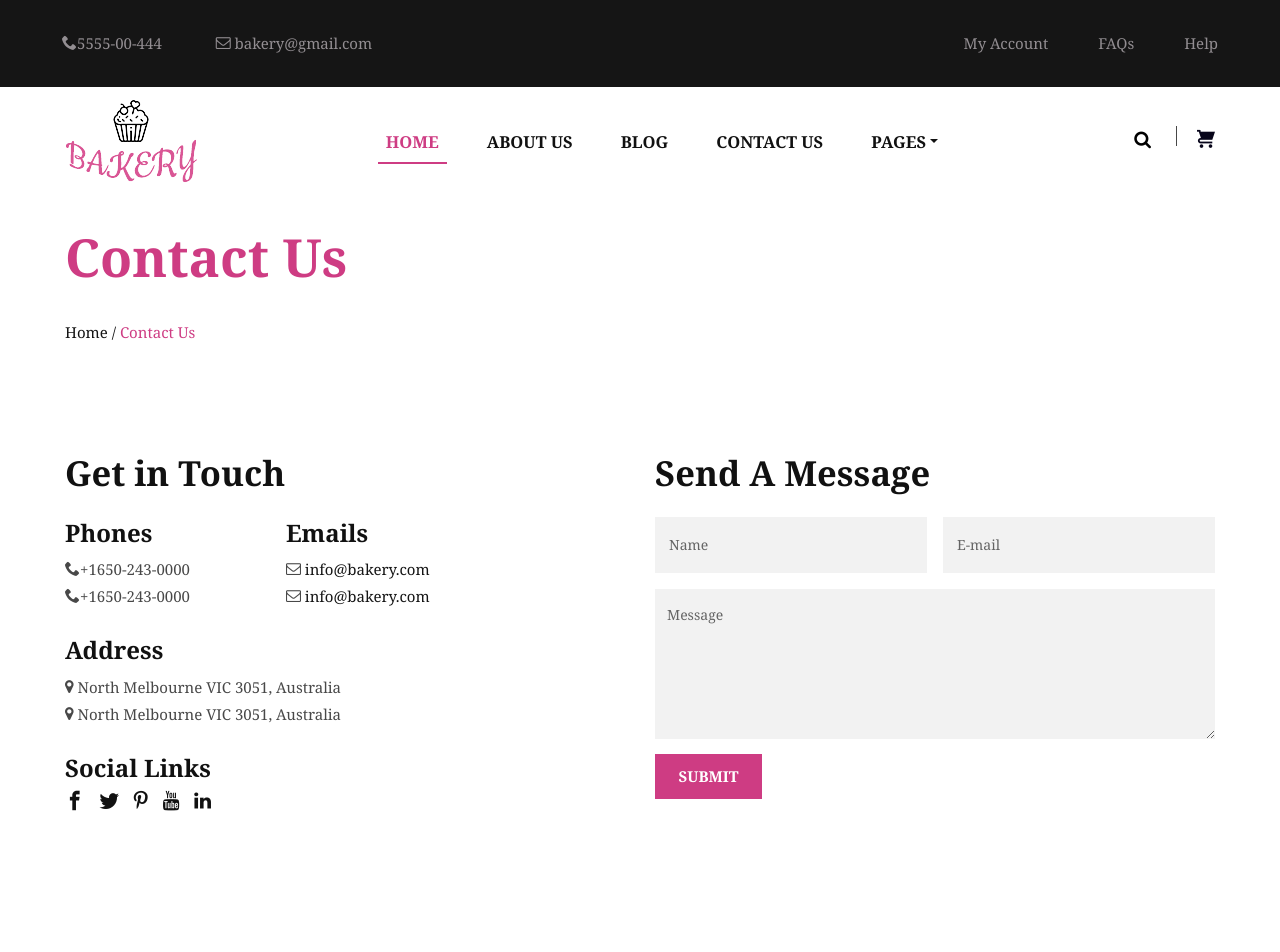
Repository: AlaaBashirSaijary/Barky
Page: http://localhost/contact
An editor plug-in stored every save of this project. The page is shown before and after the next save, followed by the edit.
The browser window is 1280 px wide. The pictures show the part of the page from y = 0 to 952 px (the page is 1926 px tall).
Pictures or frames that could not be fetched are drawn as grey boxes. Some web fonts or font styles are not loaded; a fallback is used. The page is served by the project's Laravel application, run on PHP 8.4 with Laravel 10. Other server files are loaded and not shown.

Above is the page before, as saved 2023-12-25 09:40:48.

### routes/web.php
<?php

use Illuminate\Support\Facades\Route;
use App\Http\Controllers\ProudctController;
use App\Http\Controllers\HomeController;
use App\Http\Controllers\CardController;
use App\Http\Controllers\PagesController;
use App\Http\Controllers\TeamController;
Route::get('/', function () {
    return view('welcome');
});
Route::get('/home', function () {
    return view('home');
});
Route::view('/welcome', 'welcome');

Route::view('/hello', 'home', ['name' => 'Taylor',"id"=>1]);
Route::get('/proudct/{id}', function (string $id) {
    return view('proudct',["id"=>$id]);
});
Route::get('/user/{id}', function (string $id) {
    return 'User '.$id;
});
Route::get('/user/{name?}', function (?string $name = null) {
    return $name;
});

Route::get('/user/{name?}', function (?string $name = 'John') {
    return $name;
});
Route::get('/user/{id}/{name}', function (string $id, string $name) {
    // ...
})->whereNumber('id')->whereAlpha('name');

Route::get('/user/{name}', function (string $name) {
    // ...
})->whereAlphaNumeric('name');

Route::get('/user/{id}', function (string $id) {
    // ...
})->whereUuid('id');
Route::view('/h', 'proudct');
Route::get(
    '/proudct/{name}',
    [ProudctController::class, 'getProudct']
);
Route::get(
    '/proudcts',
    [ProudctController::class, 'getProudcts']
);
Route::get(
    '/card',
    [CardController::class, 'getCard']
);
Route::resource('photos', HomeController::class);

Route::get(
    '/home',
    [PagesController::class, 'getPages1']
)->name("Home");
Route::get(
    '/about',
    [PagesController::class, 'getPages4']
)->name("About");
Route::get(
    '/blog',
    [PagesController::class, 'getPages3']
)->name("Blog");
Route::get(
    '/contact',
    [PagesController::class, 'getPages5']
)->name("Contact");
Route::get(
    '/shop',
    [PagesController::class, 'getPages6']
)->name("Shop");
Route::get(
    '/singlepost',
    [PagesController::class, 'getPages7']
)->name("singlepost");
Route::get(
    '/singleproudct',
    [PagesController::class, 'getPages8']
)->name("singleproudct");
Route::get(
    '/thankyou',
    [PagesController::class, 'getPages2']
)->name("thankyou");
Route::get(
    '/team',
    [TeamController::class, 'grtAllTeam']
);
Route::get(
    '/pro',
    [ProudctController::class, 'gerProudcts']
);
Route::get(
    '/Comment',
    [ProudctController::class, 'getComments']
);
Route::post(
    '/contact',
    [ProudctController::class, 'store']
)->name('contact');

### app/Http/Controllers/PagesController.php
<?php

namespace App\Http\Controllers;

use Illuminate\Http\Request;
use App\Models\Team;
class PagesController extends Controller
{
    //
    public function getPages1(){
        return view("pages.home");
    }
    public function getPages2(){
        return view("pages.thankyou");
    }
    public function getPages3(){
        return view("pages.blog");
    }
    public function getPages4(){
        $teams=Team::get();
        return view("pages.about",["teams"=>$teams]);
    }
    public function getPages5(){
        return view("pages.contact");
    }
    public function getPages6(){
        return view("pages.shop");
    }
    public function getPages7(){
        return view("pages.singlepost");
    }
    public function getPages8(){
        return view("pages.singleproudct");
    }

}

### resources/views/pages/contact.blade.php
@extends("master.app")
@section("content")
{{-- <div class="site-banner"> --}}
	<div class="banner-content">
		<div class="container">
			<div class="row">
				<div class="col-md-12">
					<div class="text-content colored">
						<h1>Contact Us</h1>
						<div class="breadcum-items">
							<span class="item color-primary"><a href={{route("Home")  }}>Home /</a></span>
							<span class="item colored">Contact Us</span>
						</div>
					</div>
				</div>
			</div>
		</div>
	</div>
{{-- </div> --}}
<!--site-banner-->

<section class="contact-information padding-large mt-3">
	<div class="container">
		<div class="row">
				<div class="col-md-6 p-0 mb-3">
					<div class="container">
					<h2>Get in Touch</h2>

				<div class="contact-detail d-flex flex-wrap mt-4">
					<div class="detail mr-6 mb-4">
						<h3>Phones</h3>
						<ul class="list-unstyled">
							<li><i class="icon icon-phone"></i>+1650-243-0000</li>
							<li><i class="icon icon-phone"></i>+1650-243-0000</li>
						</ul>
					</div><!--detail-->
					<div class="detail mb-4">
						<h3>Emails</h3>
						<ul class="list-unstyled">
							<li><i class="icon icon-envelope-o"></i>
								<a href="mailto:info@bakery.com">info@bakery.com</a></li>
							<li><i class="icon icon-envelope-o"></i>
								<a href="mailto:info@bakery.com">info@bakery.com</a></li>
						</ul>
					</div><!--detail-->
					<div class="address detail mb-4">
						<h3>Address</h3>
						<ul class="list-unstyled">
							<li><i class="icon icon-map-marker"></i>
								North Melbourne VIC 3051, Australia</li>
							<li><i class="icon icon-map-marker"></i>
								North Melbourne VIC 3051, Australia</li>
						</ul>
					</div><!--detail-->
					<div class="detail mb-4">
						<h3>Social Links</h3>
						<div class="social-links flex-container">
							<a href="#" class="icon icon-facebook"></a>
							<a href="#" class="icon icon-twitter"></a>
							<a href="#" class="icon icon-pinterest-p"></a>
							<a href="#" class="icon icon-youtube"></a>
							<a href="#" class="icon icon-linkedin"></a>
						</div><!--social-links-->
					</div><!--detail-->

				</div><!--contact-detail-->
				</div>
			</div><!--col-md-6-->

			<div class="col-md-6 p-0">
				<div class="container">
					<div class="row">
						<div class="contact-information col-md-12">
						<h2>Send A Message</h2>
							<form  action="{{ route('contact') }}" method="post" class="contact-form d-flex flex-wrap mt-4">

								<div class="text-input flex-container">
								<input type="text" name="name" placeholder="Name" class="name mr-3 mb-3">
								<input type="text" name="email" placeholder="E-mail" class="mb-3">
								</div><!--text-input-->
								<textarea name="message" placeholder="Message" style="height: 150px;"></textarea>
								<button type="submit" name="submit">Submit</button>
							</form>
						</div><!--contact-information-->
					</div>
				</div>
			</div><!--col-md-6-->

		</div>
	</div>
</section>

<section class="google-map">
	<div class="mapouter"><div class="gmap_canvas"><iframe width="100%" height="500" id="gmap_canvas" src="https://maps.google.com/maps?q=2880%20Broadway,%20New%20York&t=&z=13&ie=UTF8&iwloc=&output=embed" frameborder="0" scrolling="no" marginheight="0" marginwidth="0"></iframe><a href="https://getasearch.com/fmovies"></a><br><style>.mapouter{position:relative;text-align:right;height:500px;width:100%;}</style><a href="https://www.embedgooglemap.net">embedgooglemap.net</a><style>.gmap_canvas {overflow:hidden;background:none!important;height:500px;width:100%;}</style></div></div>
</section>

@endsection

### resources/views/master/app.blade.php
<!DOCTYPE html>
	<html>
	<head>
		<title>Bakery</title>
		<meta charset="utf-8">
	    <meta http-equiv="X-UA-Compatible" content="IE=edge">
	    <meta name="viewport" content="width=device-width, initial-scale=1.0">
	    <meta name="format-detection" content="telephone=no">
	    <meta name="apple-mobile-web-app-capable" content="yes">
	    <meta name="author" content="">
	    <meta name="keywords" content="">
	    <meta name="description" content="">
	    <link rel="stylesheet" type="text/css" href='{{ asset("fonts/icomoon/icomoon.css") }}'>
	    <link rel="stylesheet" type="text/css" href='{{ asset("css/slick.css") }}'>
		<link rel="stylesheet" type="text/css" href='{{ asset("css/slick-theme.css") }}'>
		<link rel="stylesheet" type="text/css" href='{{ asset("css/magnific-popup.css") }}'>

        <link rel="preconnect" href="https://fonts.googleapis.com">
		<link rel="preconnect" href="https://fonts.gstatic.com" crossorigin>

		<link href="https://fonts.googleapis.com/css2?family=Merriweather:ital,wght@0,400;0,700;1,400;1,700&display=swap" rel="stylesheet">

		<link rel="stylesheet" type="text/css" href='{{ asset("css/bootstrap.min.css") }}'>
	    <link rel="stylesheet" type="text/css" href='{{ asset("css/style.css") }}'>

	</head>

<body>


@include("master.header")
@yield("content")
@include("master.footer")


	<script src='{{ asset("js/jquery-1.11.0.min.js") }}'></script>
	<script type="text/javascript" src='{{ asset("js/bootstrap.bundle.min.js") }}'></script>
	<script type="text/javascript" src='{{ asset("js/slick.min.js") }}'></script>
	<script type="text/javascript" src='{{ asset("js/jquery.magnific-popup.min.js") }}'></script>
	<script type="text/javascript" src='{{ asset("js/script.js") }}'></script>

</body>
</html>

### resources/views/master/header.blade.php

<div id="main-wrapper" class="overflow-hidden">
	<div id="header-wrap">
	<div class="header-top-menu bg-black color-secondary">
		<div class="container">
			<div class="row">
				<div class="wrap flex-container padding-small">
				<div class="contact-block">
					<span class="pr-50"><i class="icon icon-phone"></i>5555-00-444</span>
					<span class="color-secondary"><i class="icon icon-envelope-o"></i><a href="#"> bakery@gmail.com</a></span>
				</div>

				<div class="header-top-right">
					<ul class="list-unstyled d-flex color-secondary">
						<li class="pr-50"><a href="#">My Account</a></li>
						<li class="pr-50"><a href="#">FAQs</a></li>
						<li><a href="#">Help</a></li>
					</ul>
				</div>
				</div><!--flex-container-->
			</div>
		</div>
	</div><!----top-menu---->

	<header id="header">
		<div class="container">
			<div class="row">

				<nav class="navbar navbar-expand-lg col-md-12">

					<div class="navbar-brand">
						<a href={{ route("Home") }}>
							<img src={{ asset("images/main-logo.png") }} alt="logo">
						</a>
					</div>

					<button class="navbar-toggler collapsed" type="button" data-toggle="collapse" data-target="#slide-navbar-collapse" aria-controls="slide-navbar-collapse" aria-expanded="false" aria-label="Toggle navigation">
						<span class="navbar-toggler-icon"><i class="icon icon-navicon"></i></span>
					</button>

					<div class="navbar-collapse collapse" id="slide-navbar-collapse">
						<ul class="navbar-nav list-inline text-uppercase">
							<li class="nav-item text-hover active"><a href={{ route("Home") }} class="nav-link" data-effect="Home">Home</a></li>
							<li class="nav-item text-hover"><a href={{ route("About") }} class="nav-link" data-effect="About Us">About us</a></li>
							<li class="nav-item text-hover"><a href={{ route("Blog") }} class="nav-link" data-effect="Blogs">Blog</a></li>
							<li class="nav-item text-hover"><a href={{ route("Contact") }} class="nav-link" data-effect="Contact">Contact us</a></li>

							<li class="nav-item dropdown">
								<a href="#" data-bs-toggle="dropdown" aria-expanded="false" class="nav-link dropdown-toggle">Pages</a>
								<ul class="dropdown-menu">
									<li><a href={{ route("About") }} class="dropdown-item">About us</a></li>
									<li><a href={{ route("Blog") }} class="dropdown-item">Blog</a></li>
									<li><a href={{ route("singlepost") }} class="dropdown-item">Single Post</a></li>
                                    <li><a href={{ route("Shop") }} class="dropdown-item">Shop</a></li>
									<li><a href={{ route("Contact") }} class="dropdown-item">Contact us</a></li>
									<li><a href={{ route("singleproudct") }} class="dropdown-item">Single Product</a></li>
								</ul>
							</li>

						</ul>
					</div>

					<div class="action-menu">
						<div class="searchbar">
							<a href="#" class="search-button search-toggle" data-selector=".navbar">
								<i class="icon icon-search"></i>
							</a>
							<form role="search" method="get" class="search-box" action="">
								<input class="search-field text search-input" placeholder="Search" type="search">
							</form>
						</div>
						<div class="shopping-cart">
							<a href="#">
								<i class="icon icon-shopping-cart"></i>
							</a>
						</div>
					</div><!--action-menu-->

				</nav>

			</div>
		</div>

	</header>

</div><!--header-wrap-->

### resources/views/master/footer.blade.php
<footer id="footer">
	<div class="container">
		<div class="row">
			<div class="wrap flex-container">

			<div class="col-md-3 footer-logo text-center mb-3">
				<img src="images/main-logo.png" class="mb-3">
				<p>Bakery is a free HTML CSS Template by Templates Jungle specially crafted for Bakeries.</p>
			</div>

			<div class="col-md-5 mr-5 mb-3">
				<div class="widget-newsletter mb-5">
					<h4 class="widget-title">Subscribe To Our Newletter</h4>
					<div class="newsletter-button d-flex">
						<input type="text" name="Subscribe" placeholder="Your Email Address">
						<button class="btn-hvr-effects">Subscribe</button>
					</div>

				</div><!--widget-newsletter-->

				<div class="working-schedule">
					<h4 class="widget-title">Our Work Time</h4>
					<div class="time-list d-flex">
						<ul class="list-unstyled mr-5">
							<li>Monday - Friday</li>
							<li>8:00am - 8:30 pm</li>
						</ul>
						<ul class="list-unstyled">
							<li>Saturday - Sunday</li>
							<li>10:00am - 16:00 pm</li>
						</ul>
					</div>
				</div>
			</div><!--col-md-4-->

			<div class="col-md-2">
				<div class="quick-links">
					<h4 class="widget-title">Quick Links</h4>
					<div class="footer-menu">
						<ul class="list-unstyled">
							<li><a href="{{ route("Home") }}">Home</a></li>
							<li><a href="{{ route("About") }}">About us</a></li>
							<li><a href="{{ route("singleproudct") }}">Gallery</a></li>
							<li><a href="{{ route("Shop") }}">Shop</a></li>
							<li><a href="{{ route("Blog") }}">Blogs</a></li>
							<li><a href="{{ route("Contact") }}">Contact us</a></li>
						</ul>
					</div>
				</div>
			</div>

			</div><!--flex-container-->

		</div>
	</div>
</footer>

<div class="footer-bottom">
	<div class="container">
		<div class="wrap flex-container padding-small">
			<div class="copyright">
				<p class="mb-0">© 2024 Bakery HTML Template by <a href="https://templatesjungle.com/" target="_blank">Templates Jungle</a></p>
			</div>
			<div class="payment-card">
				<span>We Accept:</span>
				<img src='{{asset("images/visa.png")  }}' class="cardImg">
				<img src='{{asset("images/american-express.png")  }}' class="cardImg">
				<img src='{{asset("images/master-card.png")  }}' class="cardImg">
			</div>
		</div>
	</div>
</div>

### public/fonts/icomoon/icomoon.css
@font-face {
  font-family: 'icomoon';
  src:  url('fonts/icomoon.eot?3bsgu4');
  src:  url('fonts/icomoon.eot?3bsgu4#iefix') format('embedded-opentype'),
    url('fonts/icomoon.ttf?3bsgu4') format('truetype'),
    url('fonts/icomoon.woff?3bsgu4') format('woff'),
    url('fonts/icomoon.svg?3bsgu4#icomoon') format('svg');
  font-weight: normal;
  font-style: normal;
  font-display: block;
}

[class^="icon-"], [class*=" icon-"] {
  /* use !important to prevent issues with browser extensions that change fonts */
  font-family: 'icomoon' !important;
  speak: never;
  font-style: normal;
  font-weight: normal;
  font-variant: normal;
  text-transform: none;
  line-height: 1;

  /* Better Font Rendering =========== */
  -webkit-font-smoothing: antialiased;
  -moz-osx-font-smoothing: grayscale;
}

.icon-arrow-thin-left:before {
  content: "\e900";
}
.icon-arrow-thin-right:before {
  content: "\e901";
}
.icon-menu:before {
  content: "\e902";
}
.icon-shopping-cart:before {
  content: "\e903";
}
.icon-cost-dates:before {
  content: "\e911";
}
.icon-search:before {
  content: "\f002";
}
.icon-envelope-o:before {
  content: "\f003";
}
.icon-star:before {
  content: "\f005";
}
.icon-star-o:before {
  content: "\f006";
}
.icon-th:before {
  content: "\f00a";
}
.icon-th-list:before {
  content: "\f00b";
}
.icon-search-plus:before {
  content: "\f00e";
}
.icon-map-marker:before {
  content: "\f041";
}
.icon-chevron-left:before {
  content: "\f053";
}
.icon-chevron-right:before {
  content: "\f054";
}
.icon-calendar:before {
  content: "\f073";
}
.icon-linkedin-square:before {
  content: "\f08c";
}
.icon-twitter1:before {
  content: "\f099";
}
.icon-facebook1:before {
  content: "\f09a";
}
.icon-facebook-f:before {
  content: "\f09a";
}
.icon-bars:before {
  content: "\f0c9";
}
.icon-navicon:before {
  content: "\f0c9";
}
.icon-reorder:before {
  content: "\f0c9";
}
.icon-caret-right:before {
  content: "\f0da";
}
.icon-envelope:before {
  content: "\f0e0";
}
.icon-linkedin:before {
  content: "\f0e1";
}
.icon-angle-double-up:before {
  content: "\f102";
}
.icon-angle-double-down:before {
  content: "\f103";
}
.icon-angle-left:before {
  content: "\f104";
}
.icon-angle-right:before {
  content: "\f105";
}
.icon-angle-up:before {
  content: "\f106";
}
.icon-angle-down:before {
  content: "\f107";
}
.icon-youtube:before {
  content: "\f167";
}
.icon-instagram:before {
  content: "\f16d";
}
.icon-pinterest-p:before {
  content: "\f231";
}
.icon-phone:before {
  content: "\e942";
}
.icon-calendar1:before {
  content: "\e953";
}
.icon-mobile:before {
  content: "\e958";
}
.icon-bubble:before {
  content: "\e96b";
}
.icon-google:before {
  content: "\ea88";
}
.icon-google-plus:before {
  content: "\ea8b";
}
.icon-facebook:before {
  content: "\ea90";
}
.icon-twitter:before {
  content: "\ea96";
}
.icon-linkedin2:before {
  content: "\eaca";
}

Loaded but not shown: app/Http/Controllers/Controller.php (common file); public/css/slick.css (common file); public/css/slick-theme.css (library); public/css/magnific-popup.css (library); public/css/bootstrap.min.css (library); public/js/jquery-1.11.0.min.js (library); public/js/bootstrap.bundle.min.js (library); public/js/slick.min.js (library); public/js/jquery.magnific-popup.min.js (library); public/css/style.css (6842 lines, source omitted)

After the next save:
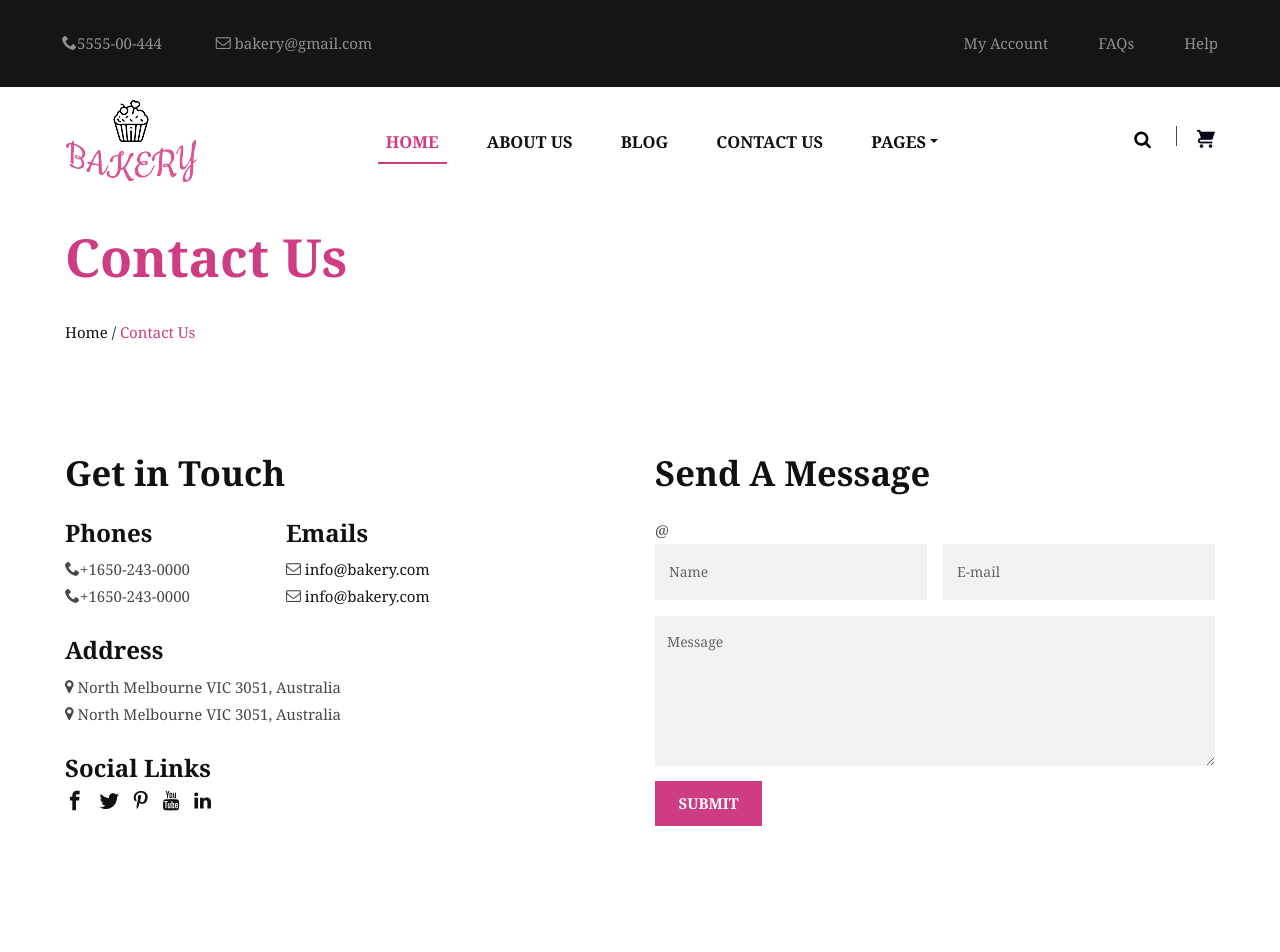
Saved 3 s later.
--- a/resources/views/pages/contact.blade.php
+++ b/resources/views/pages/contact.blade.php
@@ -73,7 +73,7 @@
 						<div class="contact-information col-md-12">
 						<h2>Send A Message</h2>
 							<form  action="{{ route('contact') }}" method="post" class="contact-form d-flex flex-wrap mt-4">
-
+                                @
 								<div class="text-input flex-container">
 								<input type="text" name="name" placeholder="Name" class="name mr-3 mb-3">
 								<input type="text" name="email" placeholder="E-mail" class="mb-3">

After the save that followed:
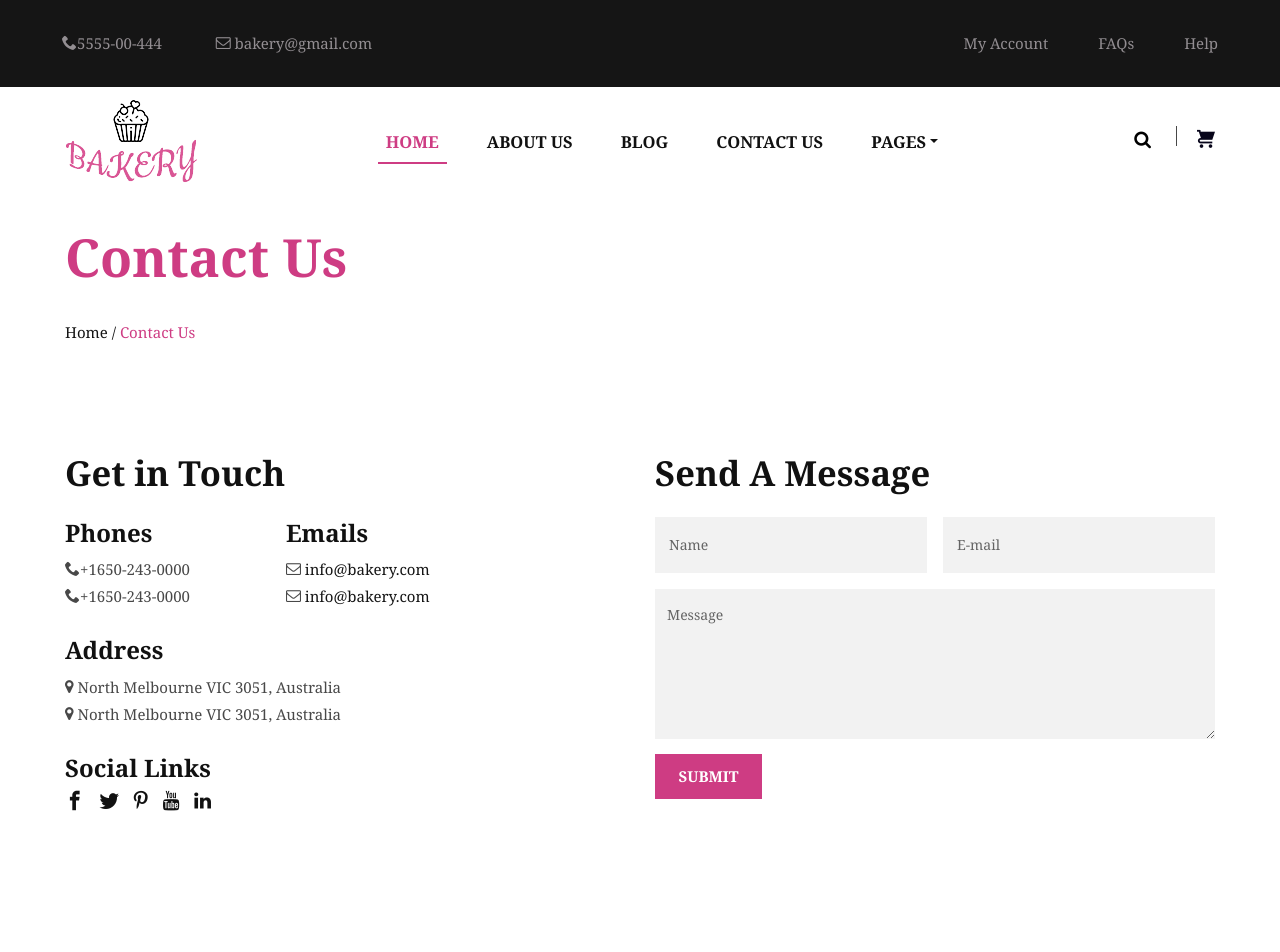
Saved 4 s later.
--- a/resources/views/pages/contact.blade.php
+++ b/resources/views/pages/contact.blade.php
@@ -73,7 +73,7 @@
 						<div class="contact-information col-md-12">
 						<h2>Send A Message</h2>
 							<form  action="{{ route('contact') }}" method="post" class="contact-form d-flex flex-wrap mt-4">
-                                @
+                                @csrf
 								<div class="text-input flex-container">
 								<input type="text" name="name" placeholder="Name" class="name mr-3 mb-3">
 								<input type="text" name="email" placeholder="E-mail" class="mb-3">
